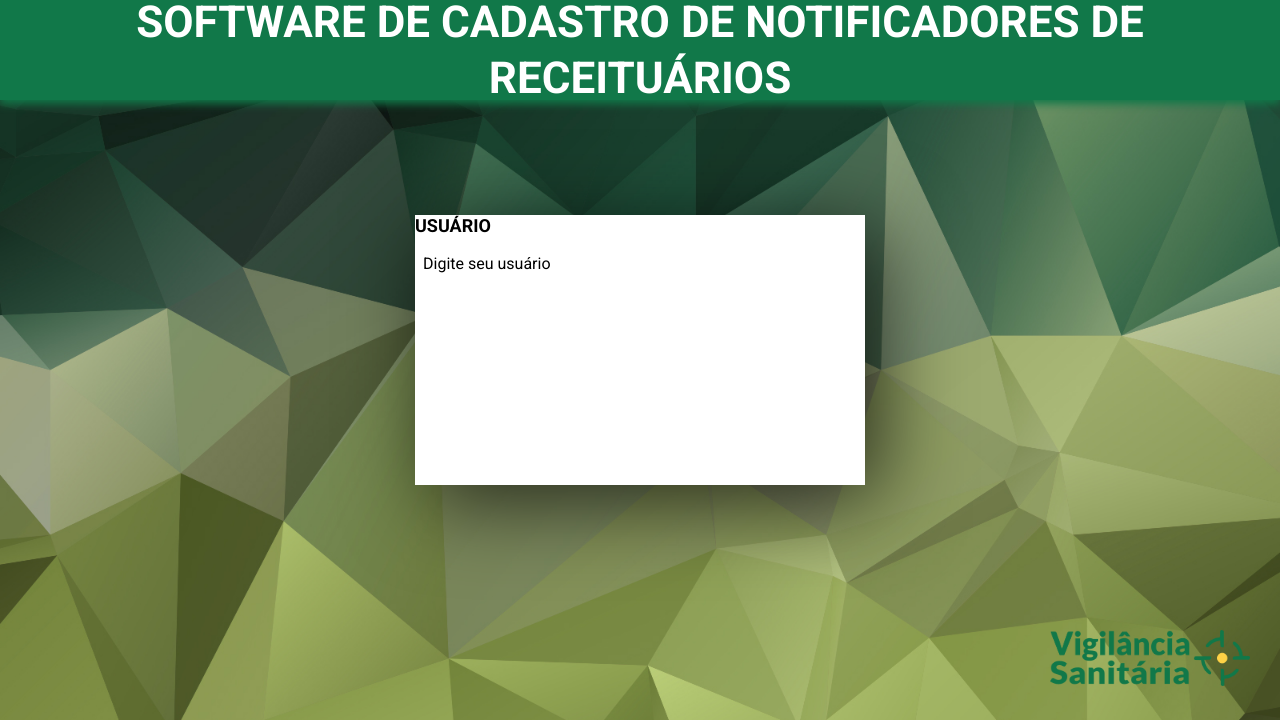
Repository: milena-rosa/web-prescription-notifier
Page: /
An editor plug-in stored every save of this project. The page is shown before and after the next save, followed by the edit.
The browser window is 1280 px wide. The pictures show the whole page.
The project was rebuilt for these pictures with package versions that can differ from the ones it lists, and the page was loaded fresh each time. Also part of the build but not shown: src/pages/Home/styles.ts, src/pages/Home/index.tsx.

Above is the page before, as saved 2021-11-07 13:16:17.

### public/index.html
<!DOCTYPE html>
<html lang="en">

<head>
  <meta charset="utf-8" />
  <link rel="preconnect" href="https://fonts.googleapis.com">
  <link rel="preconnect" href="https://fonts.gstatic.com" crossorigin>
  <link href="https://fonts.googleapis.com/css2?family=Roboto:wght@400;700&display=swap" rel="stylesheet">
  <!-- <link rel="icon" href="%PUBLIC_URL%/favicon.ico" /> -->
  <meta name="viewport" content="width=device-width, initial-scale=1" />
  <meta name="theme-color" content="#000000" />
  <title>Cadastro de Notificadores de Receituários</title>
</head>

<body>
  <noscript>You need to enable JavaScript to run this app.</noscript>
  <div id="root"></div>
</body>

</html>

### src/index.tsx
import React from 'react'
import ReactDOM from 'react-dom'

import { App } from './App'

ReactDOM.render(
  <React.StrictMode>
    <App />
  </React.StrictMode>,
  document.getElementById('root')
)

### src/App.tsx
import React from 'react'
import { BrowserRouter as Router } from 'react-router-dom'

import { Routes } from './routes'
import { GlobalStyle } from './styles/global'

export function App() {
  return (
    <Router>
      <Routes />
      <GlobalStyle />
    </Router>
  )
}

### src/routes/index.tsx
import React from 'react'
import { Switch } from 'react-router-dom'

import { Home } from '../pages/Home'
import { SignIn } from '../pages/SignIn'
import { Route } from './Route'

// import { useAuth } from '../hooks/useAuth'

export function Routes() {
  // const { loading } = useAuth()

  // if (loading) {
  //   return <h1>Abrindo...</h1>
  // }

  return (
    <Switch>
      <Route path="/" exact component={SignIn} />
      <Route path="/home" exact component={Home} isPrivate />
    </Switch>
  )
}

### src/styles/global.ts
import { createGlobalStyle } from 'styled-components'

export const GlobalStyle = createGlobalStyle`
  :root {
    --black: #000000;
    --gray: #b5b5b5;
    --white: #ffffff;

    --green-primary: #117849;
    --green-primary-70: rgba(17, 120, 73, 0.7);
    --green-primary-30: rgba(17, 120, 73, 0.3);
    --green-primary-5: rgba(17, 120, 73, 0.05);

    --light-green: #dbebe4;
    --brownish-green: #51665c;

    --red: #ff0000;
    --yellow: #f6ff8f;
  }

  * {
    box-sizing: border-box;
    margin: 0;
    padding: 0;
  }

  html {
    @media (max-width: 1080px) {
      font-size: 93.75%; // 15px
    }

    @media (max-width: 720px) {
      font-size: 87.5%; // 14px
    }
  }

  body {
    background: var(--white);
    color: var(--black);
    -webkit-font-smoothing: antialiased;
  }

  body, input, textarea, button, select {
    font-family: 'Roboto', sans-serif;
    font-weight: 400;
  }

  button {
    border: none;
    cursor: pointer;
  }

  .react-modal-overlay {
    align-items: center;
    background: rgba(0, 0, 0, 0.5);
    bottom: 0;
    display: flex;
    justify-content: center;
    left: 0;
    position: fixed;
    right: 0;
    top: 0;
    z-index: 11;
  }

  .react-modal-content {
    background: var(--white);
    border-radius: 0.25rem;
    min-height: 2.4rem;
    max-width: 41rem;
    position: relative;
    z-index: 12;
  }

  .react-modal-close {
    background: transparent;
    border: 0;
    position: absolute;
    right: 1rem;
    top: 1rem;
    transition: filter 0.2s;

    &:hover {
      filter: brightness(0.8);
    }
  }
`

### src/pages/SignIn/index.tsx
import React from 'react'

import logo from '../../assets/logo.png'
import { Input } from '../../components/Input'
import { useForm } from '../../hooks/useForm'
import { Container } from './styles'

interface SignInFormValues {
  user: string
  password: string
}

export const SignIn: React.FC = () => {
  const {
    data: { user, password },
    handleChange,
    errors
  } = useForm<SignInFormValues>({
    initialValues: { user: '', password: '' },
    onSubmit: (event) => console.log(event),
    validations: {
      user: { required: { value: true, message: 'Preencha o campo obrigatório.' } },
      password: { required: { value: true, message: 'Preencha o campo obrigatório.' } }
    }
  })

  return (
    <Container>
      <header>Software de Cadastro de Notificadores de Receituários</header>
      <div>
        <Input
          name="user"
          label="Usuário"
          type="text"
          placeholder="Digite seu usuário"
          value={user}
          onChange={handleChange('user')}
          errors={errors.user}
        />
      </div>
      <footer>
        <img src={logo} alt="Vigilância Sanitária" />
      </footer>
    </Container>
  )
}

### src/routes/Route.tsx
import React, { ComponentType } from 'react'
import { RouteProps as ReactDOMRouteProps, Route as ReactDOMRoute, Redirect } from 'react-router-dom'

interface IRouteProps extends ReactDOMRouteProps {
  isPrivate?: boolean
  component: ComponentType
}

export function Route({ isPrivate = false, component: Component, ...rest }: IRouteProps) {
  const isSigned = false

  return (
    <ReactDOMRoute
      {...rest}
      render={({ location }) =>
        (isPrivate && isSigned) || (!isPrivate && !isSigned) ? (
          <Component />
        ) : (
          <Redirect
            to={{
              pathname: isPrivate ? '/' : '/home',
              state: { from: location }
            }}
          />
        )
      }
    />
  )
}

### src/components/Input/index.tsx
import React, { InputHTMLAttributes, useCallback, useState } from 'react'

import { Container, InputInformationContainer, Error, InputContainer } from './styles'

interface InputProps extends InputHTMLAttributes<HTMLInputElement> {
  name: string
  label?: string
  errors?: string
  containerStyle?: object
  inputStyle?: object
}

export const Input = ({
  name,
  label,
  containerStyle = {},
  inputStyle = {},
  errors,
  value,
  onBlur,
  disabled = false,
  ...rest
}: InputProps) => {
  const [isFocused, setIsFocused] = useState(false)

  const handleInputFocus = useCallback(() => {
    setIsFocused(true)
  }, [])

  const handleInputBlur = useCallback(
    (event: React.FocusEvent<HTMLInputElement>) => {
      if (onBlur) {
        onBlur(event)
      }
      setIsFocused(false)
    },
    [onBlur]
  )

  return (
    <Container>
      <InputInformationContainer>{!!label && <label htmlFor={name}>{label}</label>}</InputInformationContainer>
      <InputContainer style={containerStyle} isFocused={isFocused} isInvalid={!!errors} disabled={disabled}>
        <input
          {...rest}
          value={value || ''}
          id={name}
          name={name}
          onFocus={handleInputFocus}
          onBlur={handleInputBlur}
          style={inputStyle}
        />
      </InputContainer>
      {!!errors && <Error>{errors}</Error>}
    </Container>
  )
}

### src/hooks/useForm.ts
import { ChangeEvent, FormEvent, useState } from 'react'

interface Validation {
  required?: {
    value: boolean
    message: string
  }
  pattern?: {
    value: string
    message: string
  }
  custom?: {
    isValid: (value: any) => boolean
    message: string
  }
}

type Validations<T extends {}> = Partial<Record<keyof T, Validation>>
type ErrorRecord<T> = Partial<Record<keyof T, string>>

export type FormOptions<T extends {}> = {
  validations?: Validations<T>
  initialValues?: Partial<T>
  onSubmit?: (event?: any) => void
}

export type FormReturn<T extends {}> = {
  data: T
  handleChange: <S extends unknown>(
    key: keyof T,
    sanitizeFn?: ((value: string) => S) | undefined
  ) => (event: ChangeEvent<HTMLInputElement & HTMLSelectElement & HTMLTextAreaElement>) => void
  handleSubmit: (event: FormEvent<HTMLFormElement>) => Promise<void>
  reset: () => void
  setValue: (key: keyof T, value: any) => void
  errors: Partial<Record<keyof T, string>>
}

export const useForm = <T extends Record<keyof T, any>>(options?: FormOptions<T>) => {
  const [data, setData] = useState<T>((options?.initialValues || {}) as T)
  const [errors, setErrors] = useState<ErrorRecord<T>>({})

  const handleChange =
    <S extends unknown>(key: keyof T, sanitizeFn?: (value: string) => S) =>
    (event: ChangeEvent<HTMLInputElement & HTMLSelectElement & HTMLTextAreaElement>) => {
      const value =
        event.target.type === 'checkbox'
          ? event.target.checked
          : sanitizeFn
          ? sanitizeFn(event.target.value)
          : event.target.value

      setData({
        ...data,
        [key]: value
      })
    }

  const handleSubmit = async (event: FormEvent<HTMLFormElement>) => {
    event?.preventDefault()

    const validations = options?.validations
    if (validations) {
      let valid = true
      const newErrors: Partial<Record<keyof T, string>> = {}

      for (const key in validations) {
        const value = data[key]
        const validation = validations[key]

        if (validation?.required?.value && !value) {
          valid = false
          newErrors[key] = validation?.required?.message
        }

        const pattern = validation?.pattern
        if (pattern?.value && !RegExp(pattern.value).test(value)) {
          valid = false
          newErrors[key] = pattern.message
        }

        const custom = validation?.custom
        if (custom?.isValid && !custom.isValid(value)) {
          valid = false
          newErrors[key] = custom.message
        }
      }

      if (!valid) {
        setErrors(newErrors)
        return
      }
    }

    setErrors({})

    if (options?.onSubmit) {
      options.onSubmit()
    }
  }

  const reset = () => {
    setData({} as T)
    setErrors({})
  }

  const setValue = (key: keyof T, value: any) => {
    setData({
      ...data,
      [key]: value
    })
  }

  return {
    data,
    handleChange,
    handleSubmit,
    reset,
    setValue,
    errors
  }
}

### src/pages/SignIn/styles.ts
import styled from 'styled-components'

import backgroundImg from '../../assets/background.png'

export const Container = styled.div`
  align-items: center;
  background: url(${backgroundImg}) no-repeat center center fixed;
  background-size: cover;
  bottom: 0;
  display: flex;
  flex-direction: column;
  justify-content: space-between;
  left: 0;
  position: fixed;
  right: 0;
  top: 0;
  z-index: 11;

  header {
    align-items: center;
    background: var(--green-primary);
    color: var(--white);
    display: flex;
    filter: drop-shadow(0px 4px 4px #117849);
    font-weight: bold;
    font-size: 2.75rem;
    height: 6.25rem;
    justify-content: center;
    line-height: 3.5rem;
    text-align: center;
    text-transform: uppercase;
    width: 100%;
  }

  > div {
    background-color: var(--white);
    filter: drop-shadow(15px 15px 42px rgba(0, 0, 0, 0.7));
    height: 16.875rem;
    width: 28.125rem;
  }

  footer {
    /* background: lime; */
    align-self: flex-end;

    > img {
      margin: 1.875rem;
      width: 12.5rem;
    }
  }
`

### src/components/Input/styles.ts
import styled, { css } from 'styled-components'

export const Container = styled.div`
  display: flex;
  flex-direction: column;
`

interface InputContainerProps {
  isFocused: boolean
  isInvalid: boolean
  disabled: boolean
}

export const InputContainer = styled.div<InputContainerProps>`
  background: ${(props) => (props.disabled ? 'var(--gray-20)' : 'var(--green-primary-15)')};
  border: 1.5px solid ${(props) => (props.disabled ? 'transparent' : 'var(--gray-40)')};
  border-radius: 0.25rem;
  color: ${(props) => (props.disabled ? 'var(--gray-60)' : 'var(--black)')};
  height: 3rem;
  position: relative;

  ${(props) =>
    props.isFocused &&
    css`
      border-color: var(--blue-primary);
    `}

  ${(props) =>
    props.isInvalid &&
    css`
      border-color: var(--orange);
    `}

  input {
    background: transparent;
    border: 0;
    font-size: 1rem;
    line-height: 1.25rem;
    height: 100%;
    min-height: 3rem;
    outline: 0;
    padding: 0 2.75rem 0 0.5rem;
    width: 100%;

    &::placeholder {
      color: var(--gray-60);
    }
  }
`

export const InputInformationContainer = styled.div`
  align-items: baseline;
  display: flex;
  justify-content: space-between;

  label {
    color: var(--black);
    display: block;
    font-size: 1.125rem;
    font-weight: bold;
    line-height: 1.3125rem;
    text-transform: uppercase;
    margin-bottom: 0.25rem;
  }
`

export const Error = styled.p`
  color: var(--orange);
  font-size: 1rem;
  line-height: 1.25rem;
  margin-top: 0.5rem;
`

After the next save:
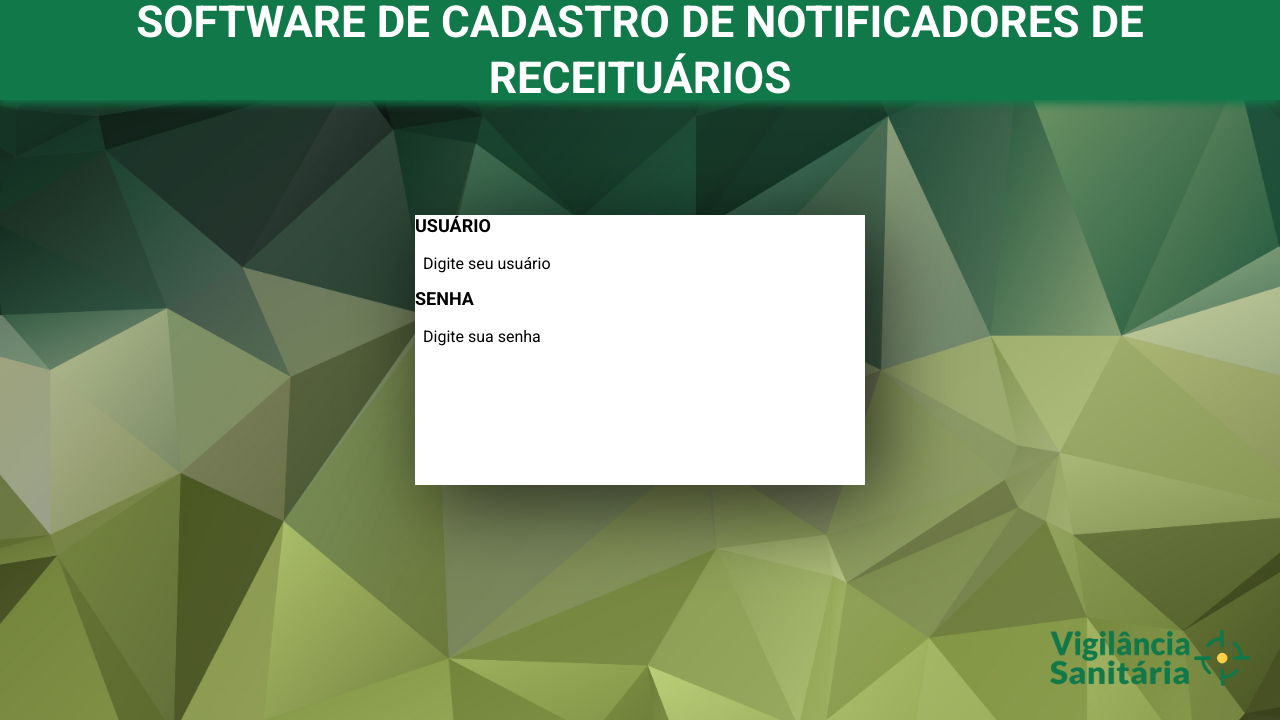
Saved 38 s later.
--- a/src/pages/SignIn/index.tsx
+++ b/src/pages/SignIn/index.tsx
@@ -37,6 +37,15 @@
           onChange={handleChange('user')}
           errors={errors.user}
         />
+        <Input
+          name="password"
+          label="Senha"
+          type="password"
+          placeholder="Digite sua senha"
+          value={password}
+          onChange={handleChange('password')}
+          errors={errors.password}
+        />
       </div>
       <footer>
         <img src={logo} alt="Vigilância Sanitária" />
